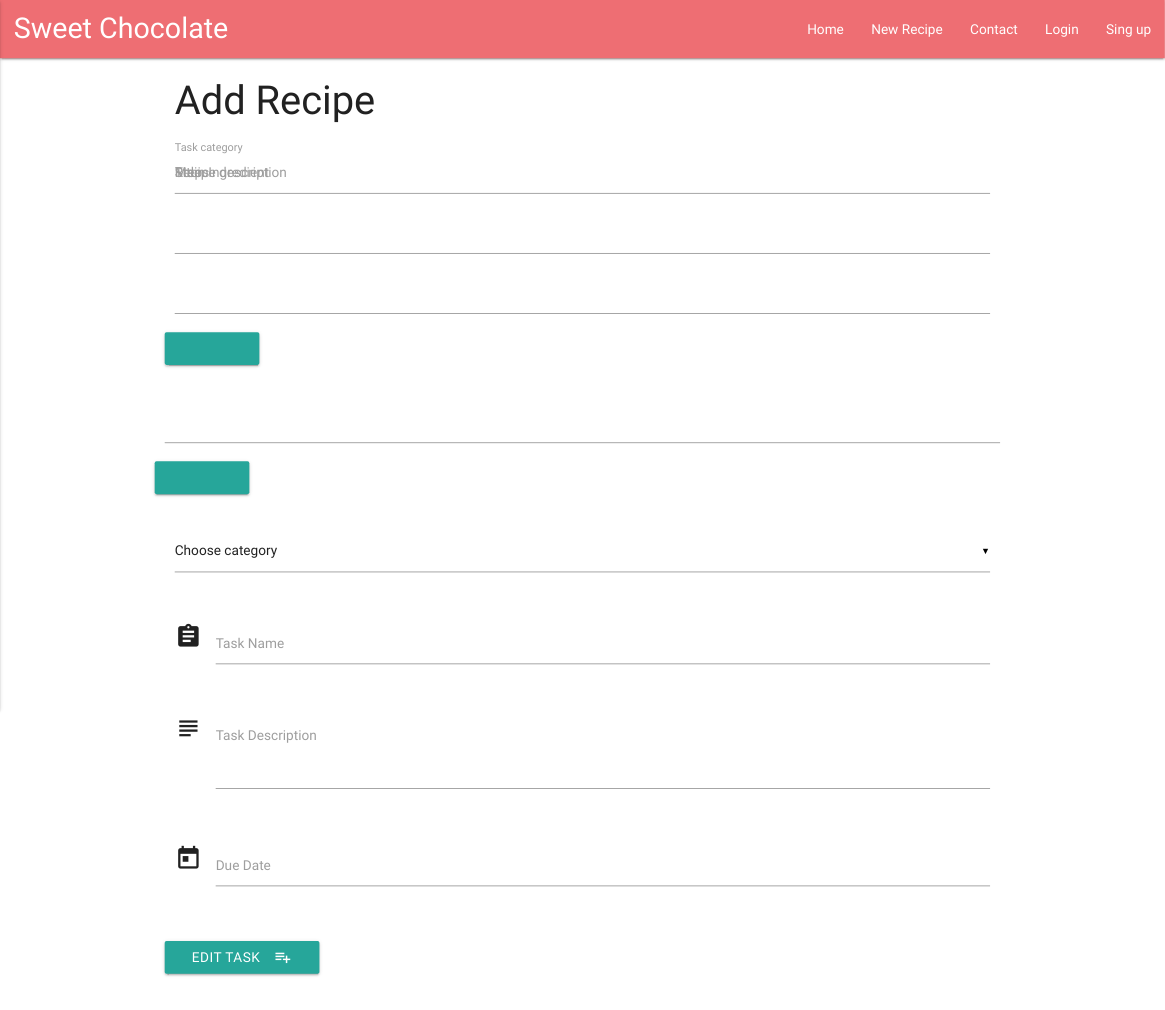
Repository: Dreeaml/Sweet-Chocolate
Page: templates/add_recipe.html
The author's editor kept a record of every edit. The page is drawn from the files as they stood at one moment, then again after the next edit.
The browser window is 1280 px wide. The pictures show the whole page, at 91% of full size.
Some web libraries are served in a nearby version. The template is drawn by Flask 3. The application's start-up code is not run. The template is opened directly, without the code that normally fills it, so the values that code supplies are empty.

Above is the page before.
Console error: TypeError: Cannot read properties of undefined (reading 'set')

After the next edit:
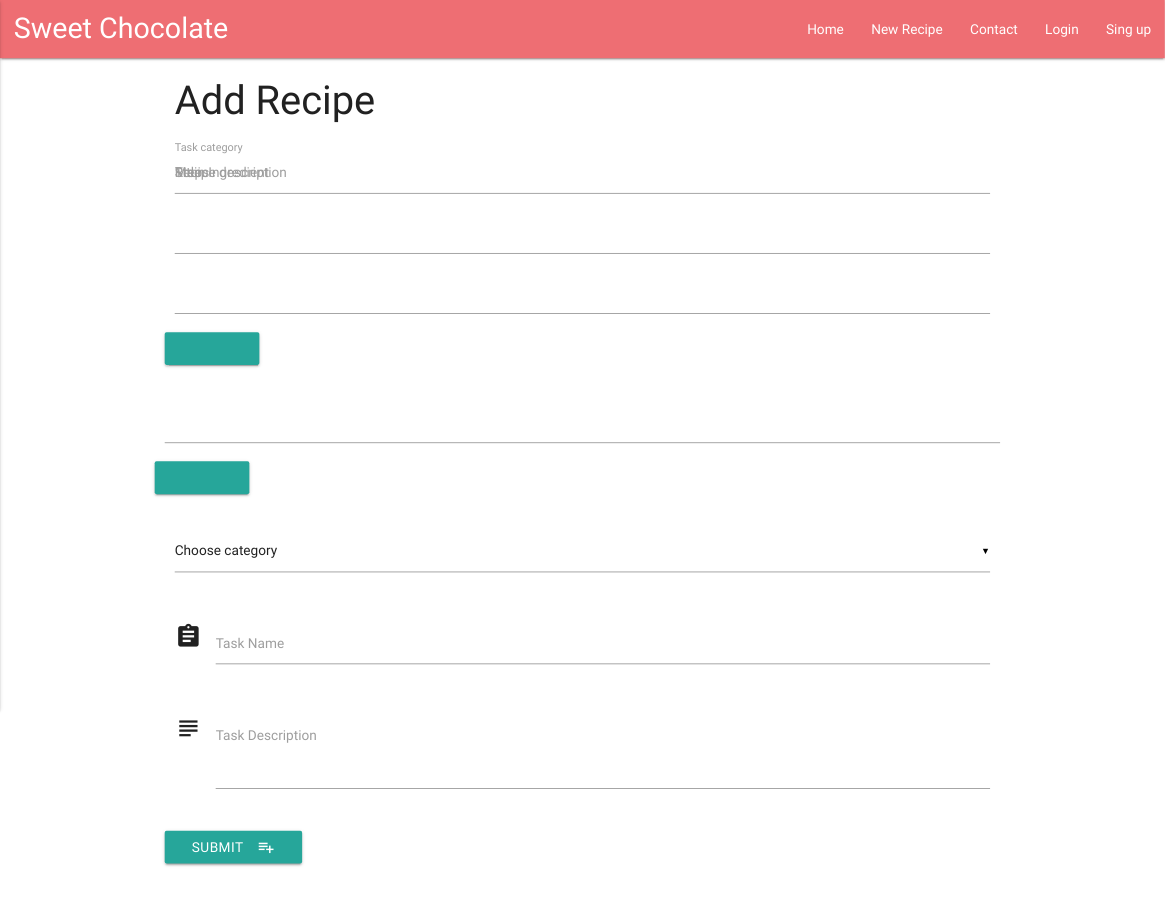
The edit:
--- a/templates/add_recipe.html
+++ b/templates/add_recipe.html
@@ -83,25 +83,9 @@
             </div>
         </div>
 
-        <!--date selector option-->
-        <div class="row">
-            <div class="input-field col s12">
-                <i class="material-icons prefix">today</i>
-                <input id="due_date" name="due_date" type="text" class="datepicker">
-                <label for="icon_prefix">Due Date</label>
-            </div>
-        </div>
-
-        <!--Is urgent option-->
-        <div class="row">
-            <div class="switch">
-
-            </div>
-        </div>
-
         <!--Edit task button-->
         <div class="row">
-            <button class="btn waves-effect waves-light" type="submit" name="action">Edit task
+            <button class="btn waves-effect waves-light" type="submit" name="action">Submit
                 <i class="material-icons right">playlist_add</i>
             </button>
         </div>
